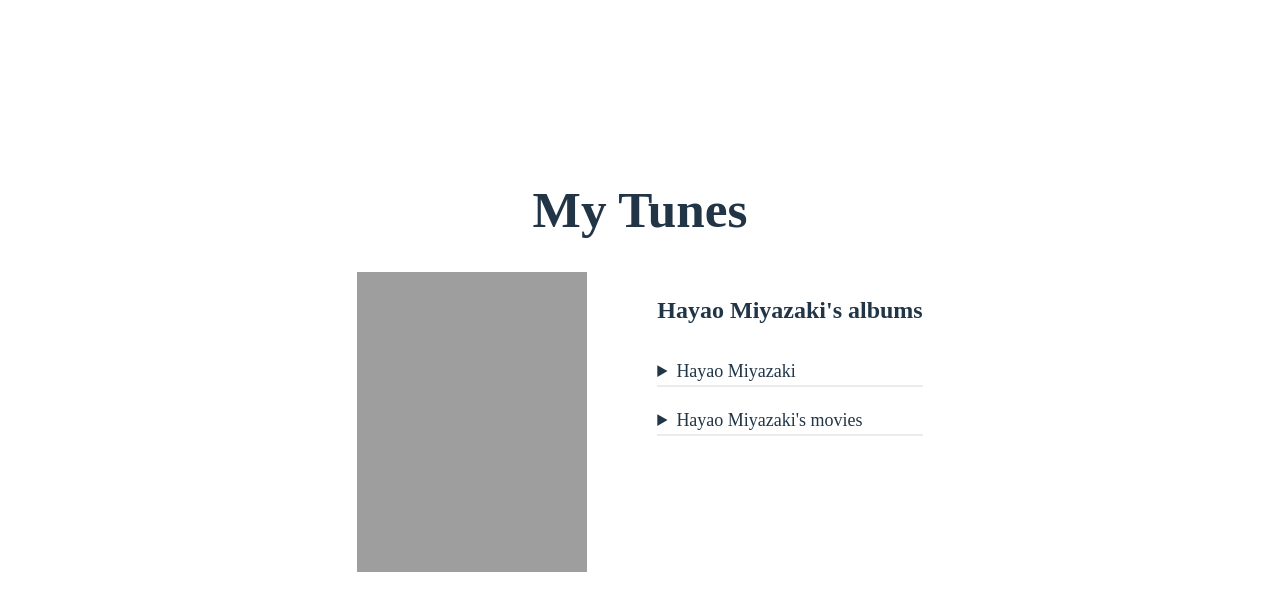
Repository: SamanthaYan298/my_app
Page: /
The author's editor kept a copy of each file at every save. The page is drawn from the files as they stood at one save, then again after the next save.
The browser window is 1280 px wide. The pictures show the whole page.
Pictures or frames that could not be fetched are drawn as grey boxes. The project was rebuilt for these pictures with package versions that can differ from the ones it lists, and the page was loaded fresh each time. Also part of the build but not shown: vite.config.js.

Above is the page before, as saved 2024-09-14 14:57:12.

After the next save:
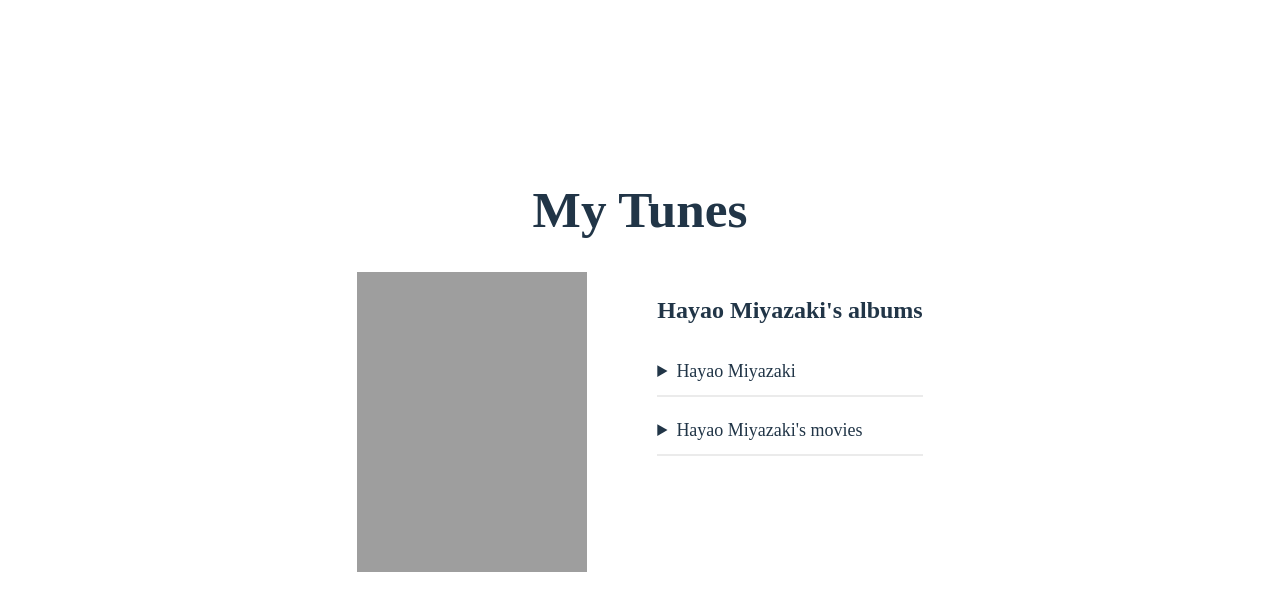
Saved 18 s later.
--- a/src/App.css
+++ b/src/App.css
@@ -21,13 +21,13 @@
 }
 
 .categories {
-  /* border-bottom: 2px solid rgb(235, 235, 235); */
   padding: 10px 0;
   font-size: 18px;
 }
 
 .categories summary {
   border-bottom: 2px solid rgb(235, 235, 235);
+  padding-bottom: 10px;
 }
 
 .categories[open] summary{
